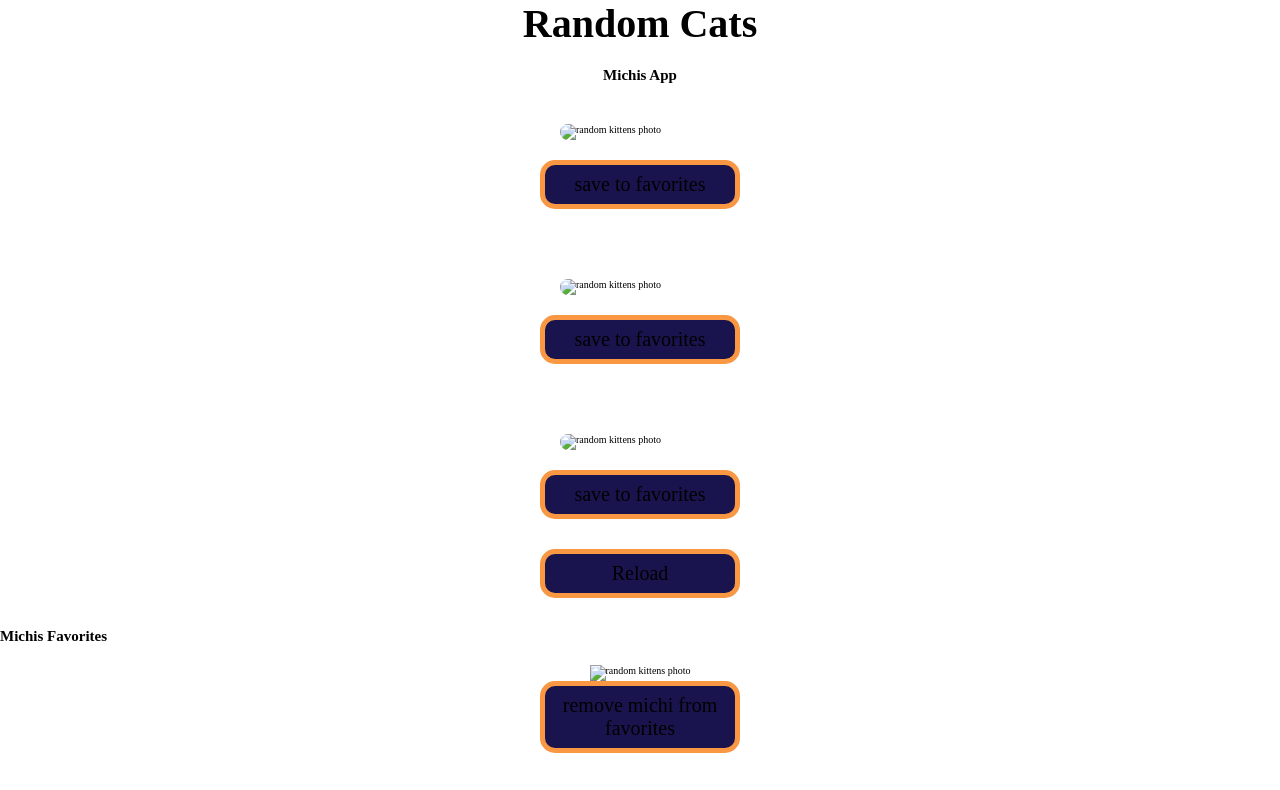
Repository: elto82/ConsumoAPIRESTjs
Page: index.html
These files come from the project's save history. The page is drawn as it stood at one moment and after the next save; the edit follows.
The browser window is 1280 px wide. The pictures show the whole page.
The page's requests for data from a server got no answer.

Above is the page before, as saved 2022-07-02 20:45:32.

After the next save:
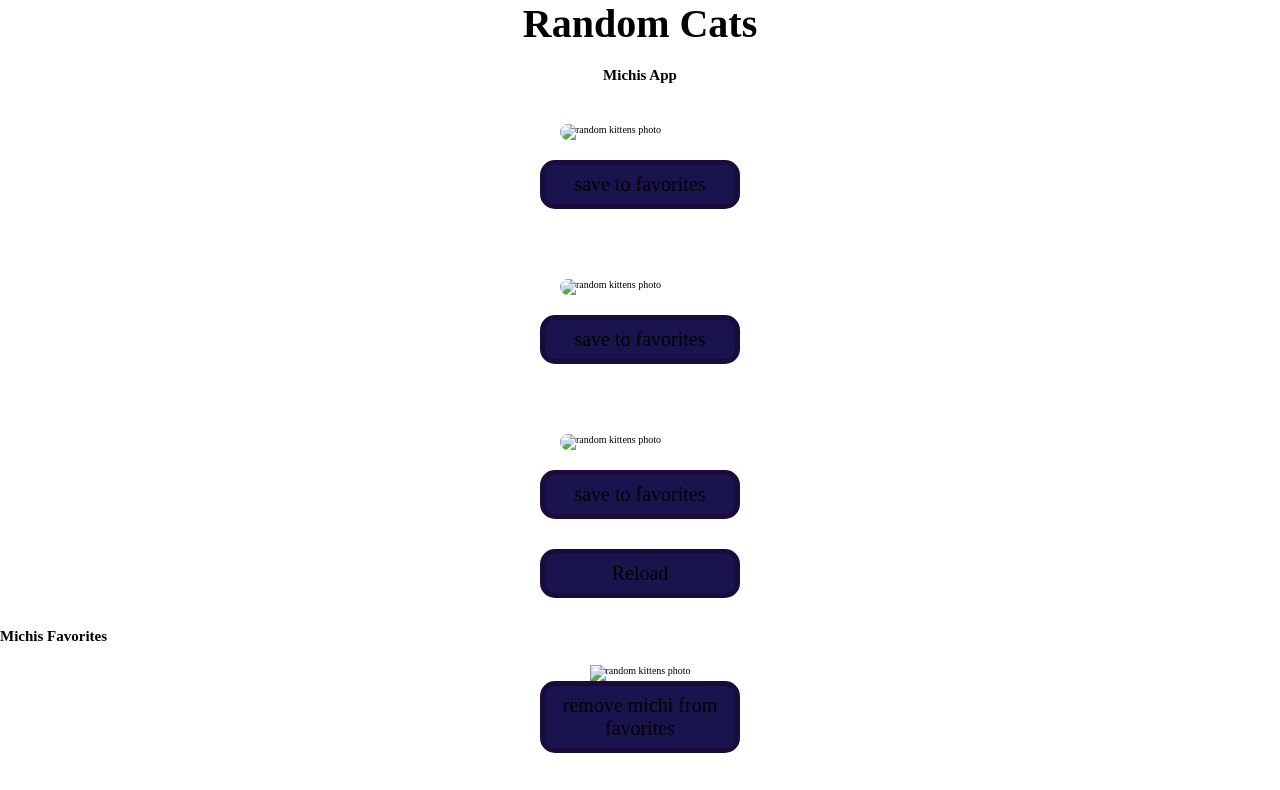
Saved 23 s later.
--- a/style.css
+++ b/style.css
@@ -39,7 +39,7 @@ article{
 .random-cat-button {
   align-items: center;
   background-color: rgb(26, 20, 78);
-  border: 5px solid rgb(249, 151, 66);
+  border: 5px solid rgb(27, 11, 60);
   border-radius: 15px;
   cursor: pointer;
   font-family: 'Pacifico', cursive;
